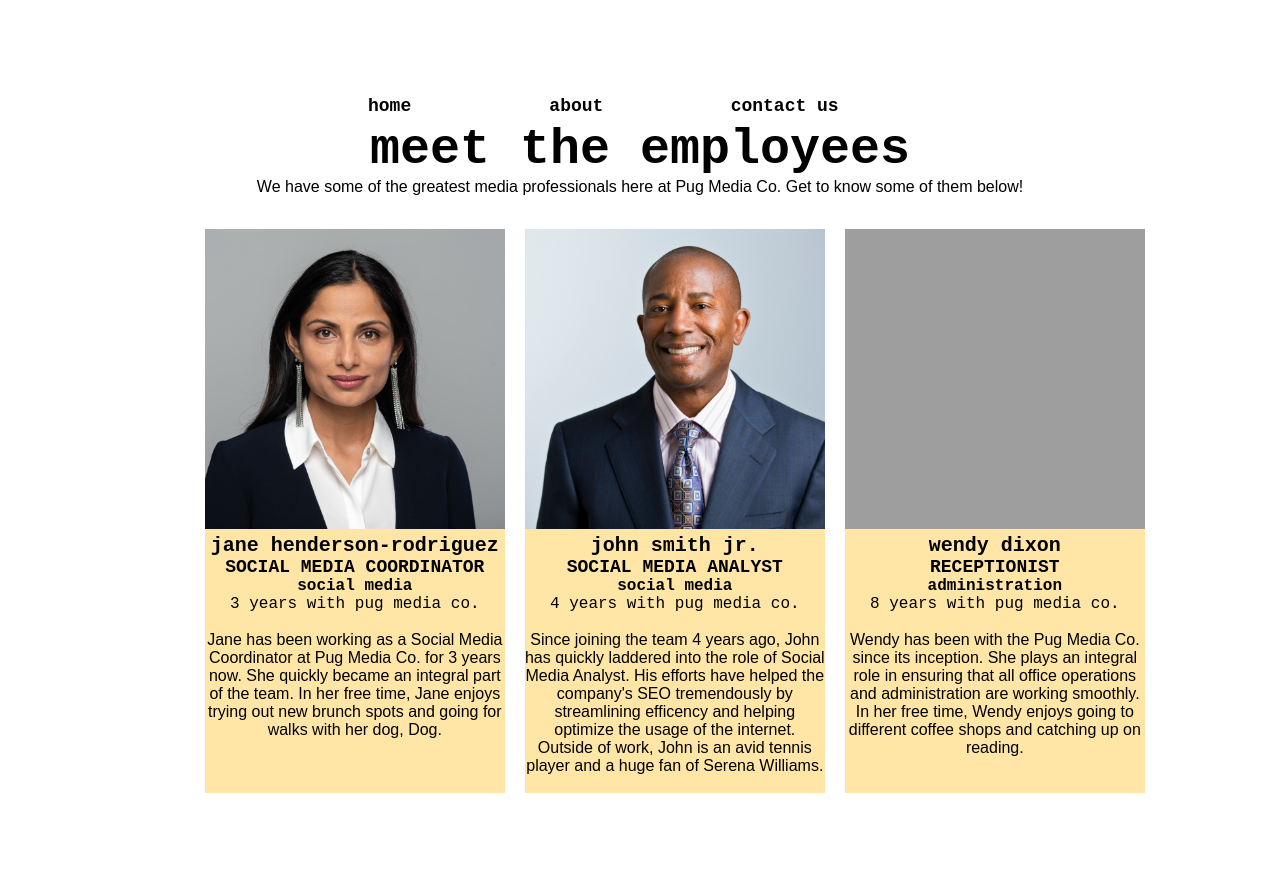
Repository: cheungglenda/MDIA2109-Week3
Page: /about
These files come from the project's save history. The page is drawn as it stood at one moment and after the next save; the edit follows.
The browser window is 1280 px wide. The pictures show the whole page.
Pictures or frames that could not be fetched are drawn as grey boxes. The project was rebuilt for these pictures with package versions that can differ from the ones it lists, and the page was loaded fresh each time. The framework's server and built-in components were replaced by stand-ins that run in the browser. Also part of the build but not shown: next.config.js.

Above is the page before, as saved 2023-01-20 12:57:04.

After the next save:
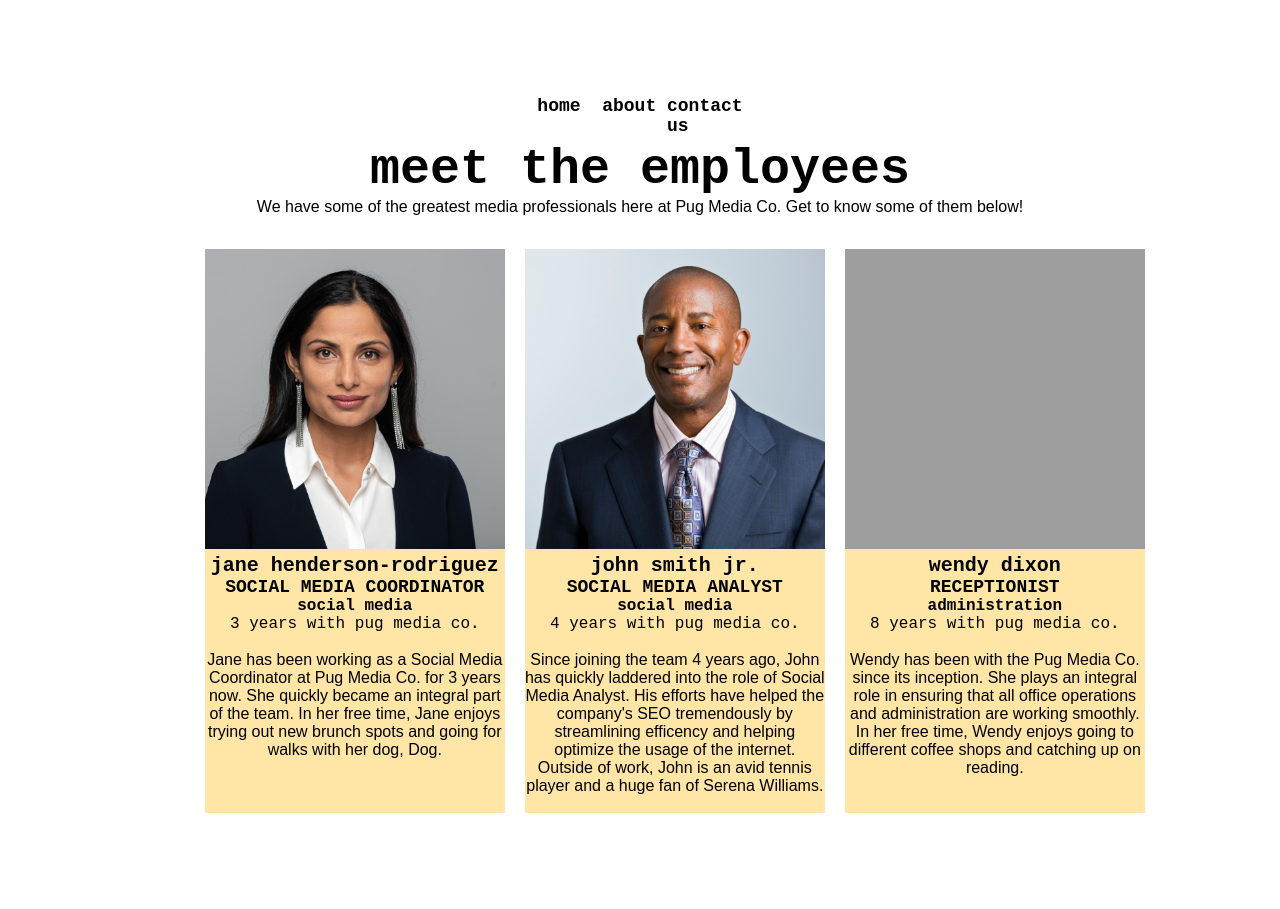
Saved 8 s later.
--- a/styles/Home.module.css
+++ b/styles/Home.module.css
@@ -13,7 +13,6 @@
   display: flex;
   flex-direction:row;
   justify-content: space-evenly;
-  width: 50%;
 }
 
 .links {
